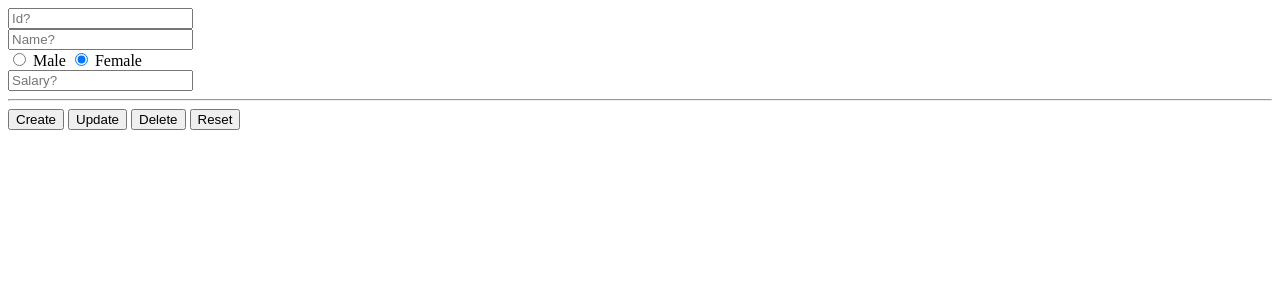
Repository: HoangTrung2004/JAVA4
Page: Lab7/src/main/webapp/views/employee.html
These files come from the project's save history. The page is drawn as it stood at one moment and after the next save; the edit follows.
The browser window is 1280 px wide. The pictures show the whole page.

Above is the page before, as saved 2025-07-21 09:48:24.

After the next save:
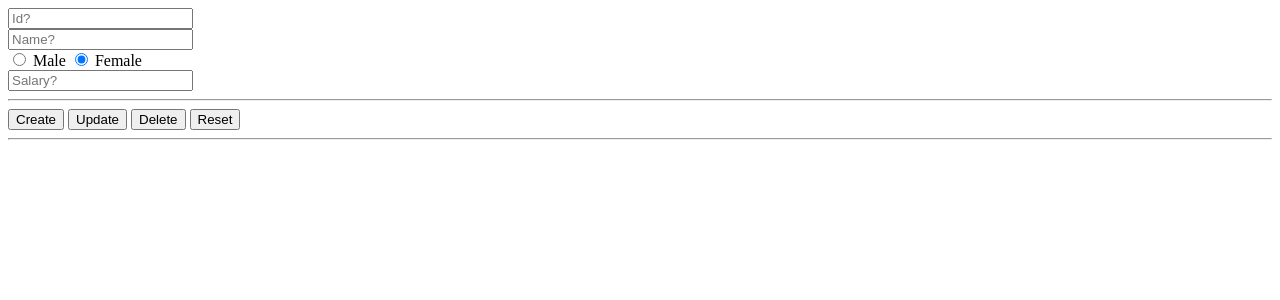
Saved 42 s later.
--- a/Lab7/src/main/webapp/views/employee.html
+++ b/Lab7/src/main/webapp/views/employee.html
@@ -12,6 +12,7 @@
 	<input type="radio" id="male" name= "gender" checked> Male
 	<input type="radio" id="female" name= "gender" checked> Female <br>
 	<input id="salary" placeholder="Salary?"> <br>
+
 	<hr>
 
 	<button onclick="ctr.create()" >Create</button>
@@ -19,6 +20,9 @@
 	<button onclick="ctr.delete()" >Delete</button>
 	<button onclick="ctr.reset()" >Reset</button>
 
+	<hr>
+
+	<table bode="1" style="width: 100px"></table>
 	</div>
 </body>
 </html>
